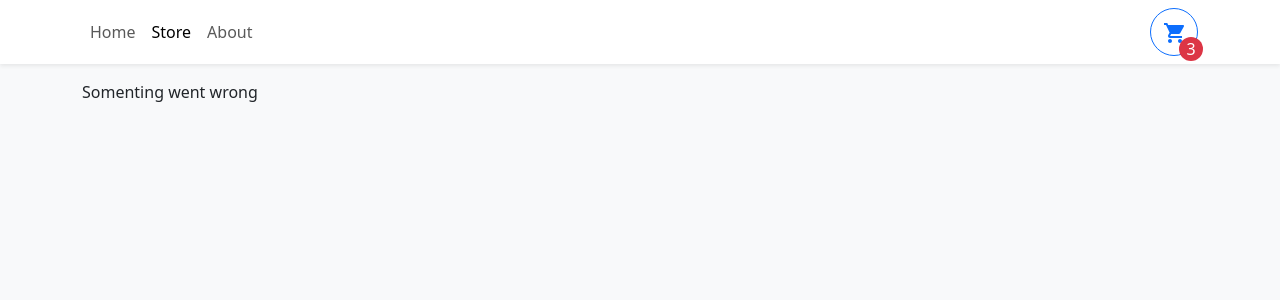
Repository: kurtveil/react-ecommerce
Page: /store
The author's editor kept a copy of each file at every save. The page is drawn from the files as they stood at one save, then again after the next save.
The browser window is 1280 px wide. The pictures show the whole page.
The page's requests for data from a server got no answer. The project was rebuilt for these pictures with package versions that can differ from the ones it lists, and the page was loaded fresh each time. No one was signed in, and anything a server would have sent is missing. Also part of the build but not shown: vite.config.ts, src/pages/Home.tsx, src/pages/About.tsx.

Above is the page before, as saved 2023-07-14 20:00:03.

After the next save:
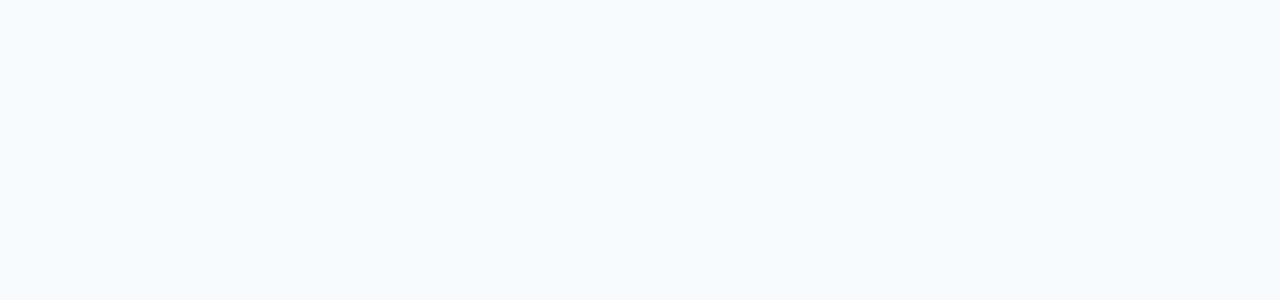
Console error: ReferenceError: GET_PRODUCTS is not defined
Saved 6 s later.
--- a/src/pages/Store.tsx
+++ b/src/pages/Store.tsx
@@ -1,6 +1,6 @@
 import { useQuery } from "@apollo/client";
 import { Row, Col } from 'react-bootstrap';
-import { GET_PRODUCTS } from "../queries/productQueries";
+// import { GET_PRODUCTS } from "../queries/productQueries";
 
 export default function Store(){
   const { loading, error, data } = useQuery(GET_PRODUCTS);

After the save that followed:
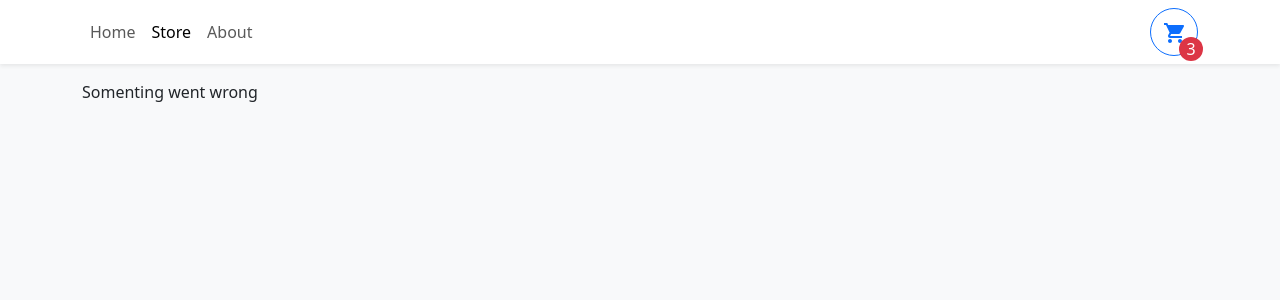
The error is gone.
Saved 36 s later.
--- a/src/pages/Store.tsx
+++ b/src/pages/Store.tsx
@@ -1,6 +1,6 @@
 import { useQuery } from "@apollo/client";
 import { Row, Col } from 'react-bootstrap';
-// import { GET_PRODUCTS } from "../queries/productQueries";
+import { GET_PRODUCTS } from "../queries/productQueries";
 
 export default function Store(){
   const { loading, error, data } = useQuery(GET_PRODUCTS);
